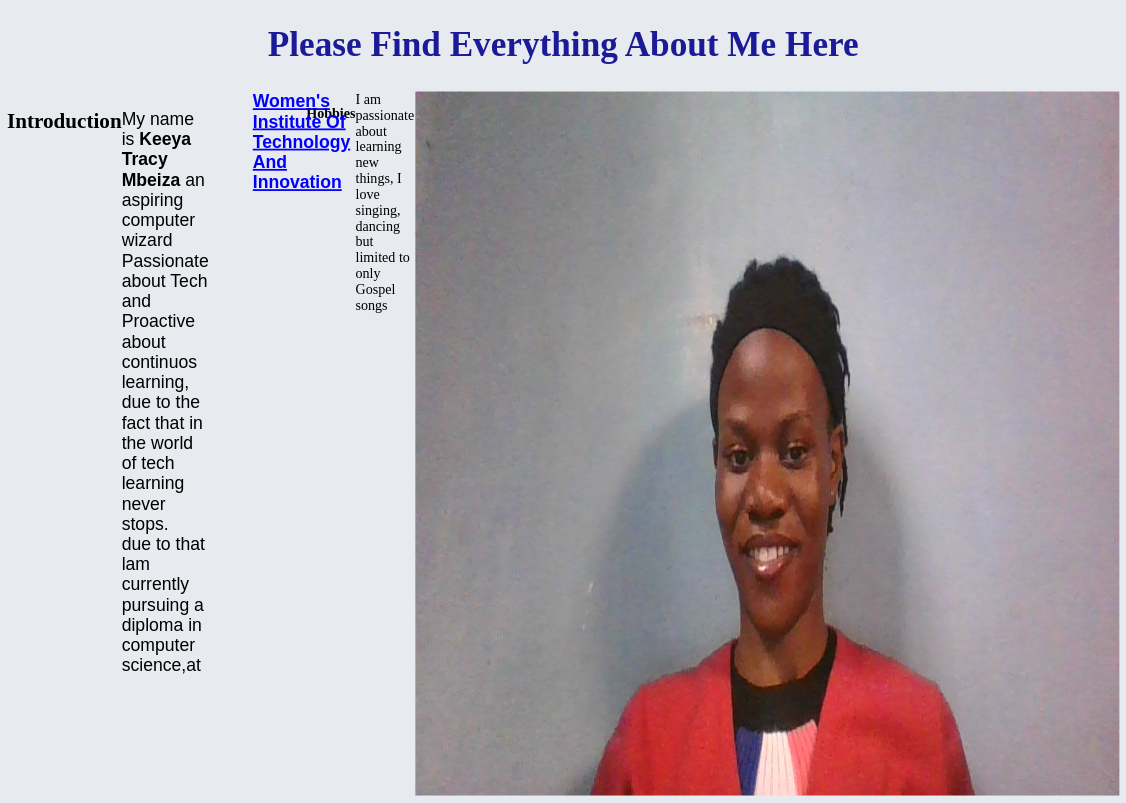
Repository: tracykeeya/my_first_web
Page: index.html
These files come from the project's save history. The page is drawn as it stood at one moment and after the next save; the edit follows.
The browser window is 1280 px wide. The pictures show the whole page, at 88% of full size.

Above is the page before, as saved 2025-11-03 11:38:45.

After the next save:
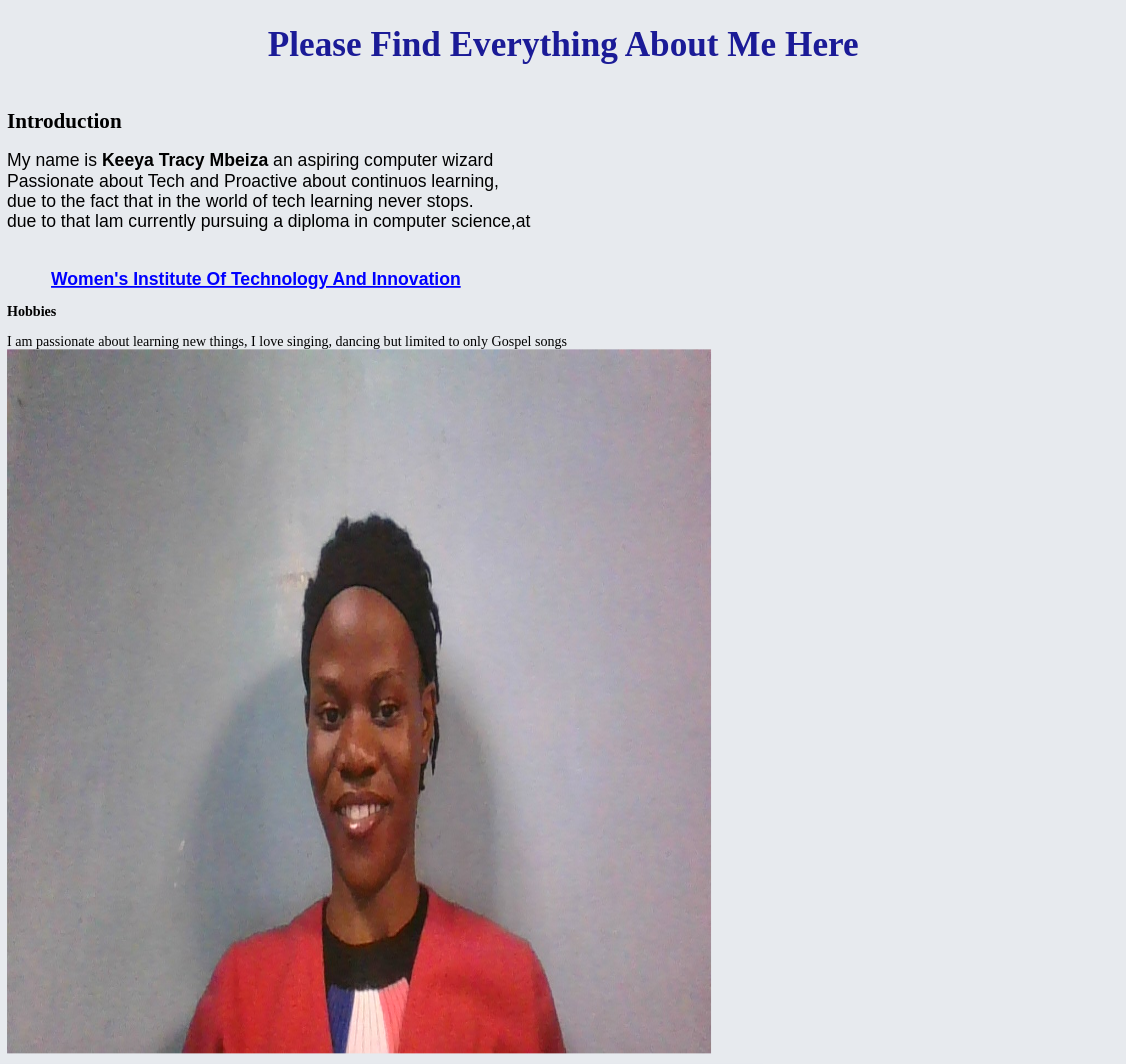
Saved 8 s later.
--- a/index.html
+++ b/index.html
@@ -7,7 +7,7 @@
 </head>
 <body style="background-color: rgb(231, 234, 238)" font-family="Arial, Helvetica, sans-serif" margin: 40px; color: #333;>
     <h1 style="text-align: center; color: rgb(27, 27, 151); font-size: 40px; margin-bottom: 30px;">Please Find Everything About Me Here</h1>
-    <div style="display: flex; align-items: flex-start; justify-content: space-between;">
+    <div style="display: flex; align-items: flex-start; justify-content: space-between;"></div>
     <h2>Introduction</h2>
 
     <p style="font-size: 20px; font-family: Arial, Helvetica, sans-serif; text-align: left; color: rgb(0, 0, 0)">My name is<strong> Keeya Tracy Mbeiza</strong> an aspiring computer wizard<br>Passionate about Tech and Proactive about continuos learning,<br> due to the fact that in the world of tech learning never stops.<br> due to that lam currently pursuing a diploma in computer science,at<br>
